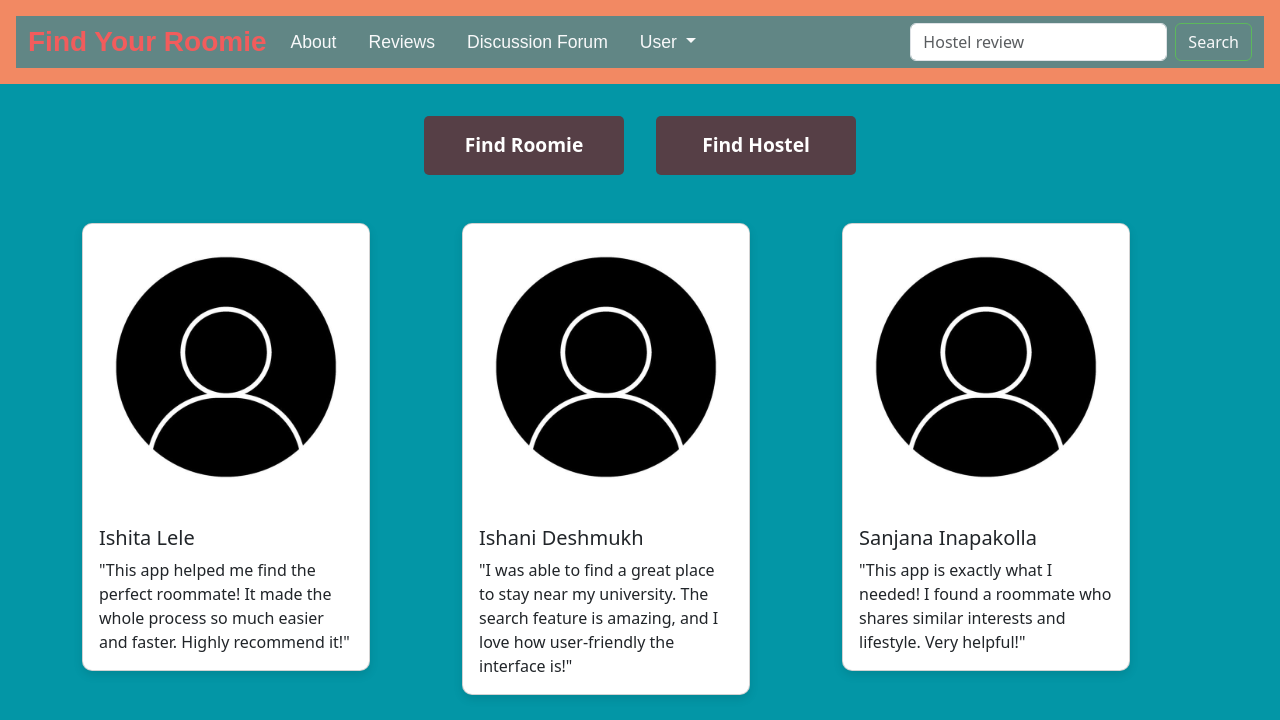
Repository: Sanjana-Inapakolla/Find-your-Roomie-website
Page: mini-project(jfst)/MiniProject/src/main/webapp/home.html
The author's editor kept a copy of each file at every save. The page is drawn from the files as they stood at one save, then again after the next save.
The browser window is 1280 px wide. The pictures show the whole page.

Above is the page before, as saved 2024-11-13 07:01:47.

### mini-project(jfst)/MiniProject/src/main/webapp/home.html
<!DOCTYPE html>
<html lang="en">
<head>
  <meta charset="ISO-8859-1">
  <title>Home Page</title>
 <link href="https://cdn.jsdelivr.net/npm/bootstrap@5.3.3/dist/css/bootstrap.min.css" rel="stylesheet" integrity="sha384-QWTKZyjpPEjISv5WaRU9OFeRpok6YctnYmDr5pNlyT2bRjXh0JMhjY6hW+ALEwIH" crossorigin="anonymous">
  <style>
    /* Navbar Styling */
    .navbar {
      background-color: #F28963;
      padding: 1rem;
    }

    /* Navbar Brand (Logo/Text) */
    .navbar-brand {
      color: #f8f9fa;
      font-size: 1.75rem;
      font-weight: bold;
      font-family: 'Arial', sans-serif;
      color: #F25C5C;
    }

    /* Navbar Links (Home, Reviews, Discussion Forum) */
    .navbar-nav .nav-link {
      color: #f8f9fa;
      font-size: 1.1rem;
      font-family: 'Arial', sans-serif;
      margin-right: 1rem;
      transition: color 0.3s;
    }

    /* Active Link Color */
    .navbar-nav .nav-link.active {
      color: #f8f9fa !important;
    }

    /* Hover Effect for Links (Home, Reviews, Discussion Forum) */
    .navbar-nav .nav-link:hover {
      color: #5cb85c;
    }

    /* Active Link Hover (Ensures the hover color is still applied even if it's active) */
    .navbar-nav .nav-link.active:hover {
      color: #5cb85c !important;
    }

    /* Search Button */
    .btn-outline-success {
      color: #f8f9fa;
      border-color: #5cb85c;
      transition: background-color 0.3s, color 0.3s;
    }

    /* Search Button Hover */
    .btn-outline-success:hover {
      background-color: #5cb85c;
      color: #fff;
    }

    /* Home Page Buttons Styling */
    .home-buttons {
      display: flex;
      justify-content: center;
      gap: 2rem;
      margin-top: 2rem;
    }

    .home-buttons .btn {
      font-size: 1.2rem;
      padding: 15px 30px;
      border-radius: 5px;
      font-weight: bold;
      width: 200px;
      transition: transform 0.3s;
    }

    /* Hover Effect for Buttons */
    .home-buttons .btn:hover {
      transform: scale(1.05);
    }

    .find-roomie {
      background-color: #563f46;
      color: white;
      border: none;
    }

    .find-roomie:hover {
      background-color: #0056b3;
    }

    .find-hostel {
      background-color: #563f46;
      color: white;
      border: none;
    }

    .find-hostel:hover {
      background-color: #218838;
    }

    .card {
      width: 18rem;
      border-radius: 10px;
      box-shadow: 0 4px 10px rgba(0, 0, 0, 0.1);
    }
    .card-img-top {
      border-radius: 10px 10px 0 0;
    }

    body{
      background-color: #0396A6;
    }
  </style>
</head>
<body>

<!-- Navbar -->
<nav class="navbar navbar-expand-lg">
  <div class="container-fluid" style="background-color: #618685;">
    <a class="navbar-brand" href="#">Find Your Roomie</a>
    <button class="navbar-toggler" type="button" data-bs-toggle="collapse" data-bs-target="#navbarNav" aria-controls="navbarNav" aria-expanded="false" aria-label="Toggle navigation">
      <span class="navbar-toggler-icon"></span>
    </button>
    <div class="collapse navbar-collapse" id="navbarNav">
      <ul class="navbar-nav me-auto">
        <li class="nav-item">
          <a class="nav-link active" aria-current="page" href="About.jsp">About</a>
        </li>
        <li class="nav-item">
          <a class="nav-link" href="Rating.jsp">Reviews</a>
        </li>
        <li class="nav-item">
          <a class="nav-link" href="BeforeChat">Discussion Forum</a>
        </li>
        <li class="nav-item dropdown">
          <a class="nav-link dropdown-toggle" href="#" role="button" data-bs-toggle="dropdown" aria-expanded="false">
            User
          </a>
          <ul class="dropdown-menu">
            <li><a class="dropdown-item" href="Profile">My Profile</a></li>
            <li><a class="dropdown-item" href="BeforeUpdate">Account Settings</a></li>
            <li><a class="dropdown-item" href="LogoutServlet">Logout</a></li>
          </ul>
        </li>
      </ul>

      <!-- Search Button on the Right -->
      <form class="d-flex ms-auto" action="HostelSearch">
        <input class="form-control me-2" name="hostel-search" type="search" placeholder="Hostel review" aria-label="Search">
        <button class="btn btn-outline-success" type="submit">Search</button>
      </form>
    </div>
  </div>
</nav>

<!-- Buttons for Find Roomie and Find Hostel -->
<div class="home-buttons">
  <button class="btn find-roomie" onclick="window.location.href='Match';">Find Roomie</button>
 <button class="btn find-hostel" onclick="window.location='public/HostelGeoMap.html';">Find Hostel</button>
</div>

<div class="container mt-5">
  <div class="row justify-content-center">
    <!-- Card 1 -->
    <div class="col-md-4 mb-4">
      <div class="card">
        <img src="images\profile.jpg" class="card-img-top" alt="User Image">
        <div class="card-body">
          <h5 class="card-title">Ishita Lele</h5>
          <p class="card-text">"This app helped me find the perfect roommate! It made the whole process so much easier and faster. Highly recommend it!"</p>
        </div>
      </div>
    </div>

    <!-- Card 2 -->
    <div class="col-md-4 mb-4">
      <div class="card">
        <img src="images\profile.jpg" class="card-img-top" alt="User Image">
        <div class="card-body">
          <h5 class="card-title">Ishani Deshmukh</h5>
          <p class="card-text">"I was able to find a great place to stay near my university. The search feature is amazing, and I love how user-friendly the interface is!"</p>
        </div>
      </div>
    </div>

    <!-- Card 3 -->
    <div class="col-md-4 mb-4">
      <div class="card">
        <img src="images\profile.jpg" class="card-img-top" alt="User Image">
        <div class="card-body">
          <h5 class="card-title">Sanjana Inapakolla</h5>
          <p class="card-text">"This app is exactly what I needed! I found a roommate who shares similar interests and lifestyle. Very helpful!"</p>
        </div>
      </div>
    </div>
  </div>
</div>

<!-- Bootstrap JS -->
<script src="https://cdn.jsdelivr.net/npm/bootstrap@5.3.3/dist/js/bootstrap.bundle.min.js" integrity="sha384-YvpcrYf0tY3lHB60NNkmXc5s9fDVZLESaAA55NDzOxhy9GkcIdslK1eN7N6jIeHz" crossorigin="anonymous"></script>
</body>
</html>

After the next save:
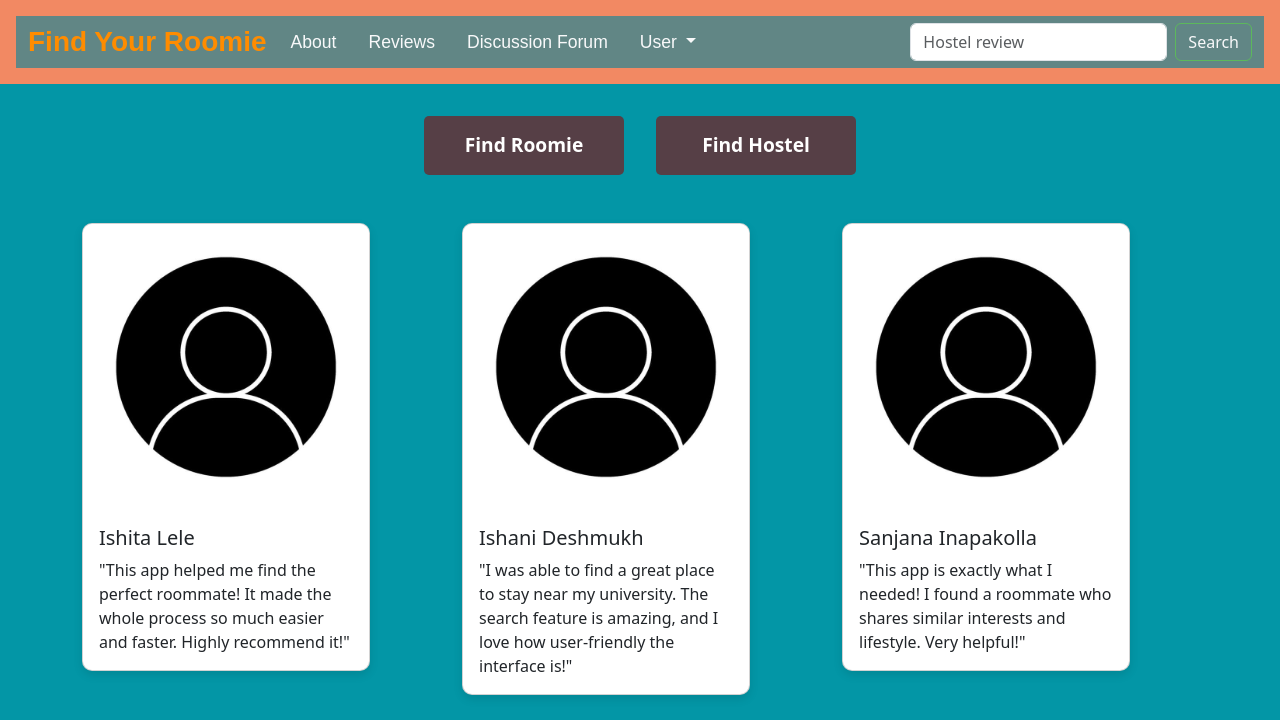
Saved 13 s later.
--- a/mini-project(jfst)/MiniProject/src/main/webapp/home.html
+++ b/mini-project(jfst)/MiniProject/src/main/webapp/home.html
@@ -17,7 +17,7 @@
       font-size: 1.75rem;
       font-weight: bold;
       font-family: 'Arial', sans-serif;
-      color: #F25C5C;
+      color: #ff8c00;
     }
 
     /* Navbar Links (Home, Reviews, Discussion Forum) */
